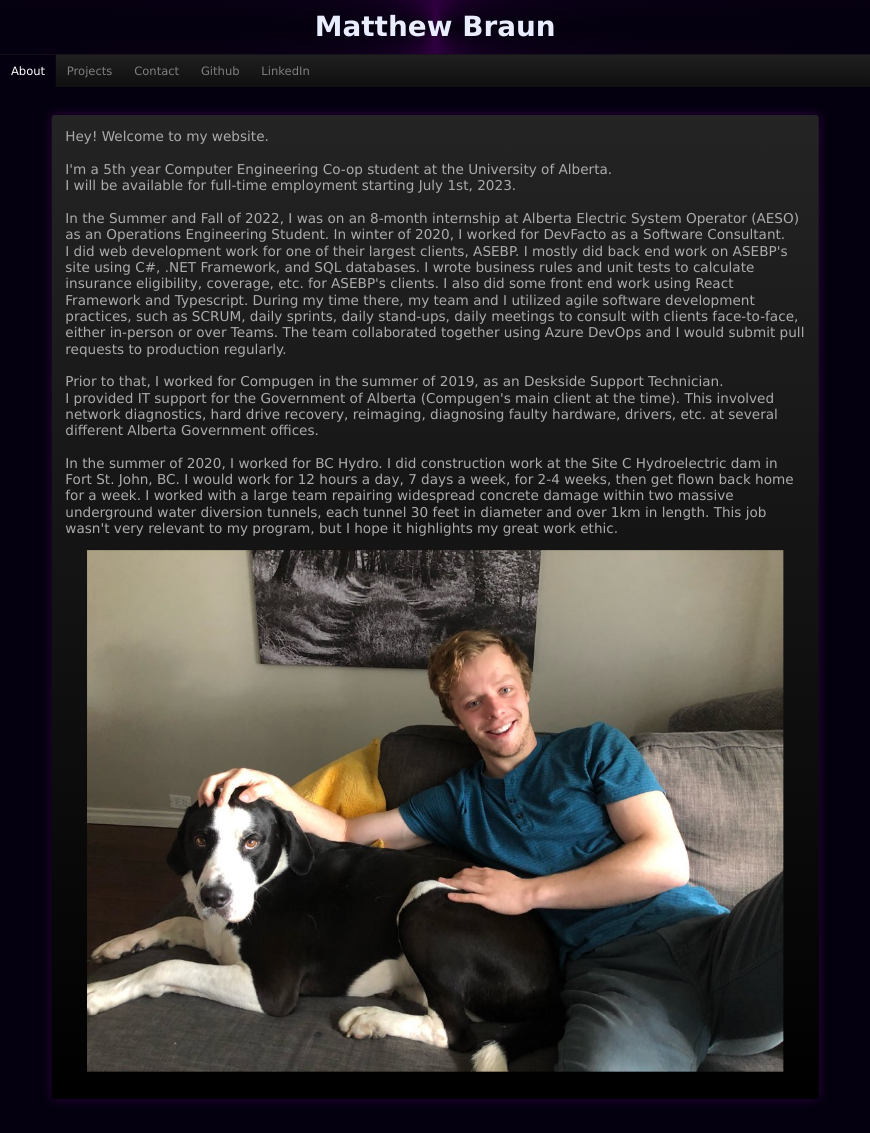
Repository: mjbraun95/MyPersonalWebsite
Page: http://localhost/
The author's editor kept a copy of each file at every save. The page is drawn from the files as they stood at one save, then again after the next save.
The browser window is 1280 px wide. The pictures show the whole page, at 68% of full size.
The page is run by PHP 8.4 with error messages shown; the project is at /var/www/html/.

Above is the page before, as saved 2023-06-24 16:00:08.

After the next save:
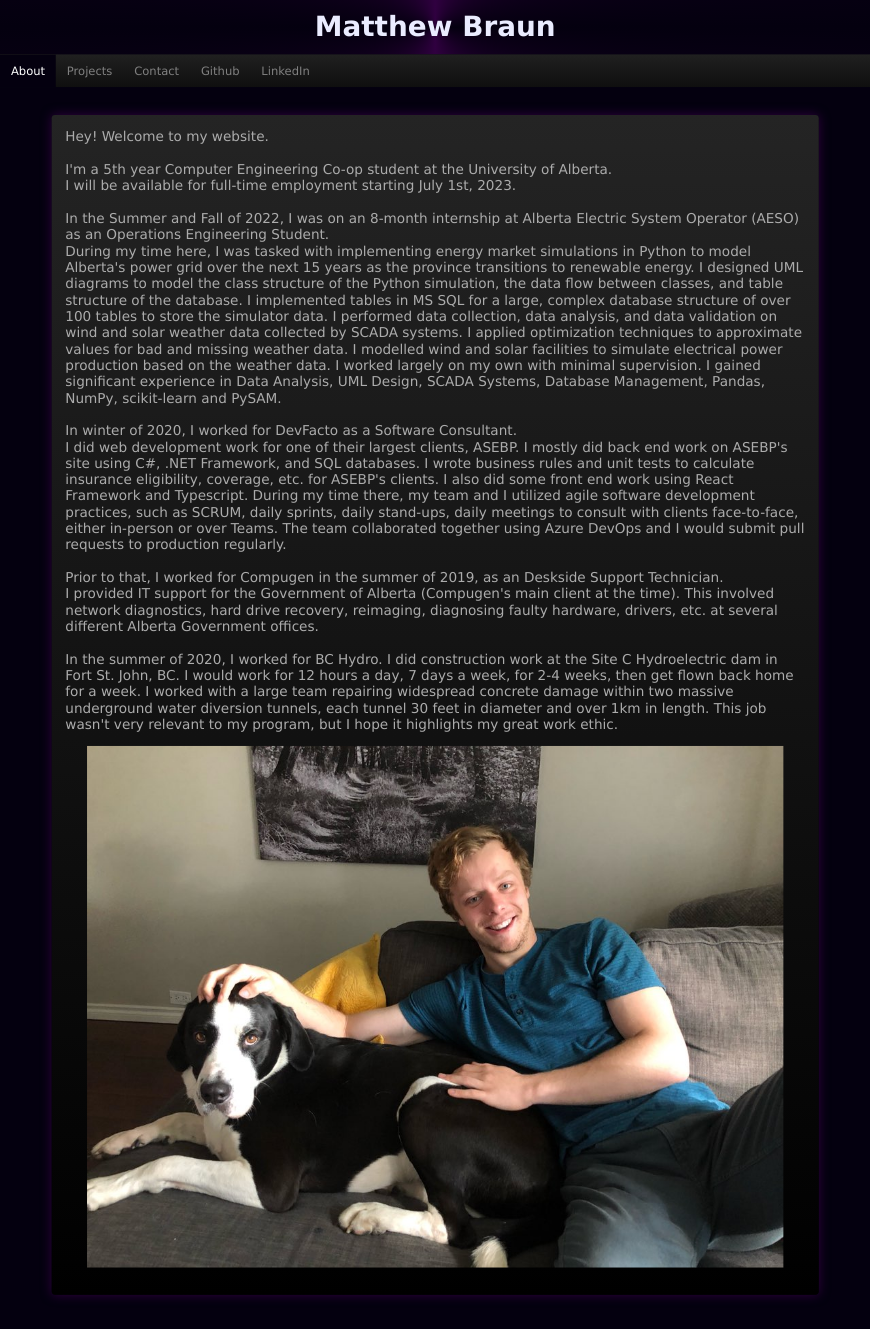
Saved 9 min 7 s later.
--- a/html/index.php
+++ b/html/index.php
@@ -23,7 +23,8 @@
         I'm a 5th year Computer Engineering Co-op student at the University of Alberta. <br>
         I will be available for full-time employment starting July 1st, 2023. <br><br>
 
-        In the Summer and Fall of 2022, I was on an 8-month internship at Alberta Electric System Operator (AESO) as an Operations Engineering Student.
+        In the Summer and Fall of 2022, I was on an 8-month internship at Alberta Electric System Operator (AESO) as an Operations Engineering Student. <br>
+        During my time here, I was tasked with implementing energy market simulations in Python to model Alberta's power grid over the next 15 years as the province transitions to renewable energy. I designed UML diagrams to model the class structure of the Python simulation, the data flow between classes, and table structure of the database. I implemented tables in MS SQL for a large, complex database structure of over 100 tables to store the simulator data. I performed data collection, data analysis, and data validation on wind and solar weather data collected by SCADA systems. I applied optimization techniques to approximate values for bad and missing weather data. I modelled wind and solar facilities to simulate electrical power production based on the weather data. I worked largely on my own with minimal supervision. I gained significant experience in Data Analysis, UML Design, SCADA Systems, Database Management, Pandas, NumPy, scikit-learn and PySAM. <br><br>
 
         <!-- Last summer, I worked as a developer for a concrete & asphalt repair business. <br>
         I developed and hosted a website for the company as well as created SQL databases to manage their assets, clients, and contracts. I also wrote some Python programs to parse this data and found ways to save costs and increase the company's profits. <br><br> -->
